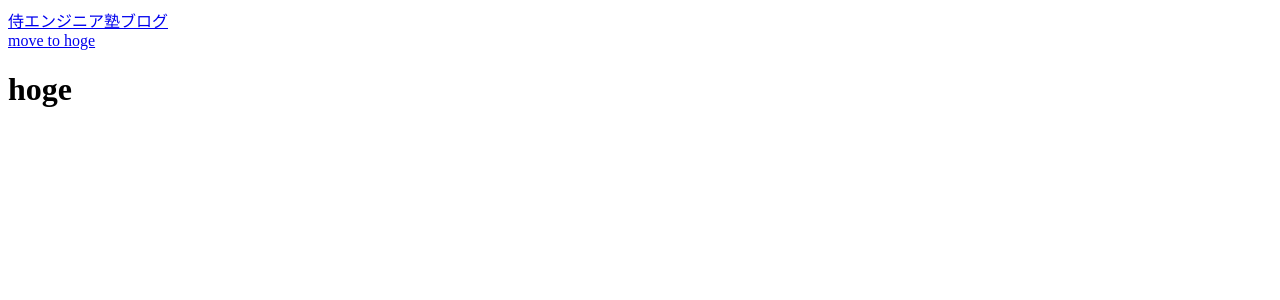
Repository: barabaaaara/samurai_HTML-CSS2
Page: home.html
The author's editor kept a record of every edit. The page is drawn from the files as they stood at one moment, then again after the next edit.
The browser window is 1280 px wide. The pictures show the whole page.

Above is the page before.

After the next edit:
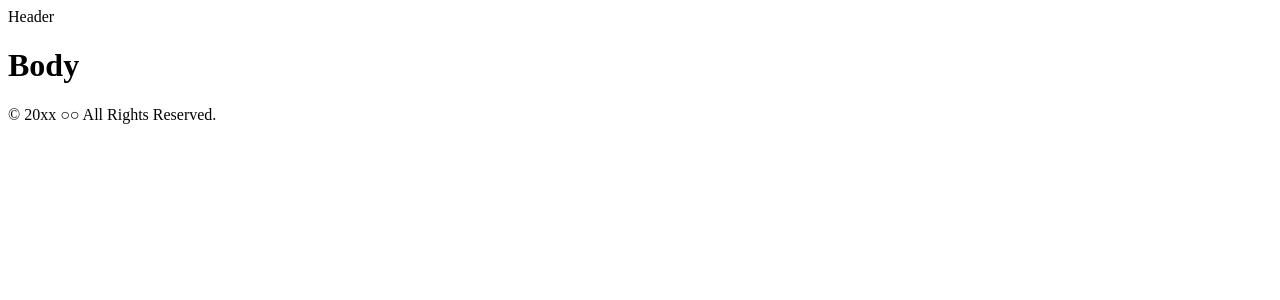
The edit:
--- a/home.html
+++ b/home.html
@@ -6,15 +6,12 @@
         <link rel="stylesheet" href="stylesheet.css">
     </head>
     <body>
-        <a href="https://www.sejuku.net/blog/">侍エンジニア塾ブログ</a>
-        <div id="wrapper">
-        </div>
-
-        <div class="size">
-            <a href="#hoge">move to hoge</a>
-        </div>
-
-         <h1>hoge</h1>
-        <div id="hoge" class="size">
+      <header>
+            Header
+        </header>
+        <h1 class="size">Body</h1>
     </body>
+    <footer>
+        <p>&copy; 20xx ○○ All Rights Reserved.</p>
+    </footer>
 </html>
